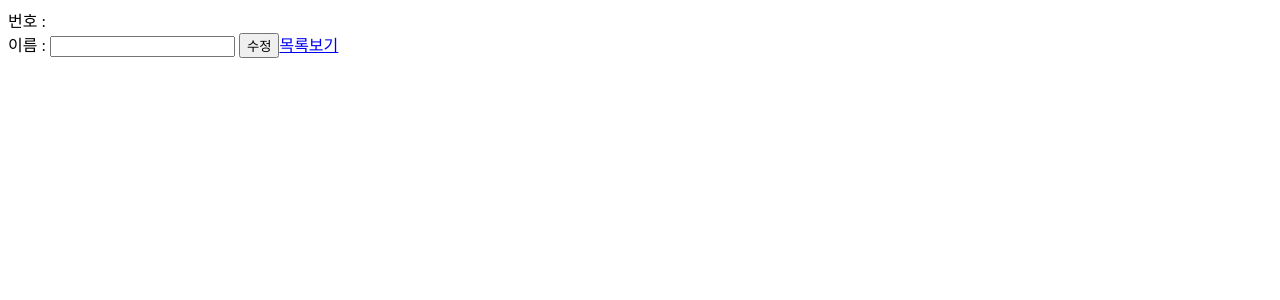
Repository: June0619/Spring_study
Page: http://localhost/test_jdbc/modify
The author's editor kept a copy of each file at every save. The page is drawn from the files as they stood at one save, then again after the next save.
The browser window is 1280 px wide. The pictures show the whole page.
The page is served by Tomcat 9. Queries for data that is not in the repository find no rows.

Above is the page before, as saved 2019-12-23 02:39:56.

After the next save:
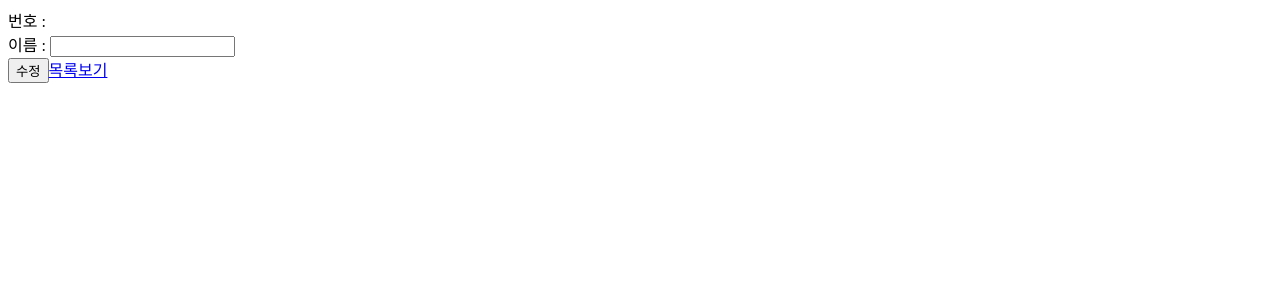
Saved 45 s later.
--- a/test_jdbc/src/main/webapp/WEB-INF/views/modify.jsp
+++ b/test_jdbc/src/main/webapp/WEB-INF/views/modify.jsp
@@ -10,7 +10,7 @@
 	<form action="modifySave" method="post">
 		번호 : <label>${list.id }</label><br>
 		<input type="hidden" value="${list.id }" name="id">
-		이름 : <input type="text" name="name" value="${list.name }"<br>
+		이름 : <input type="text" name="name" value="${list.name }"><br>
 		<input type="submit" value="수정"><a href="content">목록보기</a>
 	</form>
 </body>
